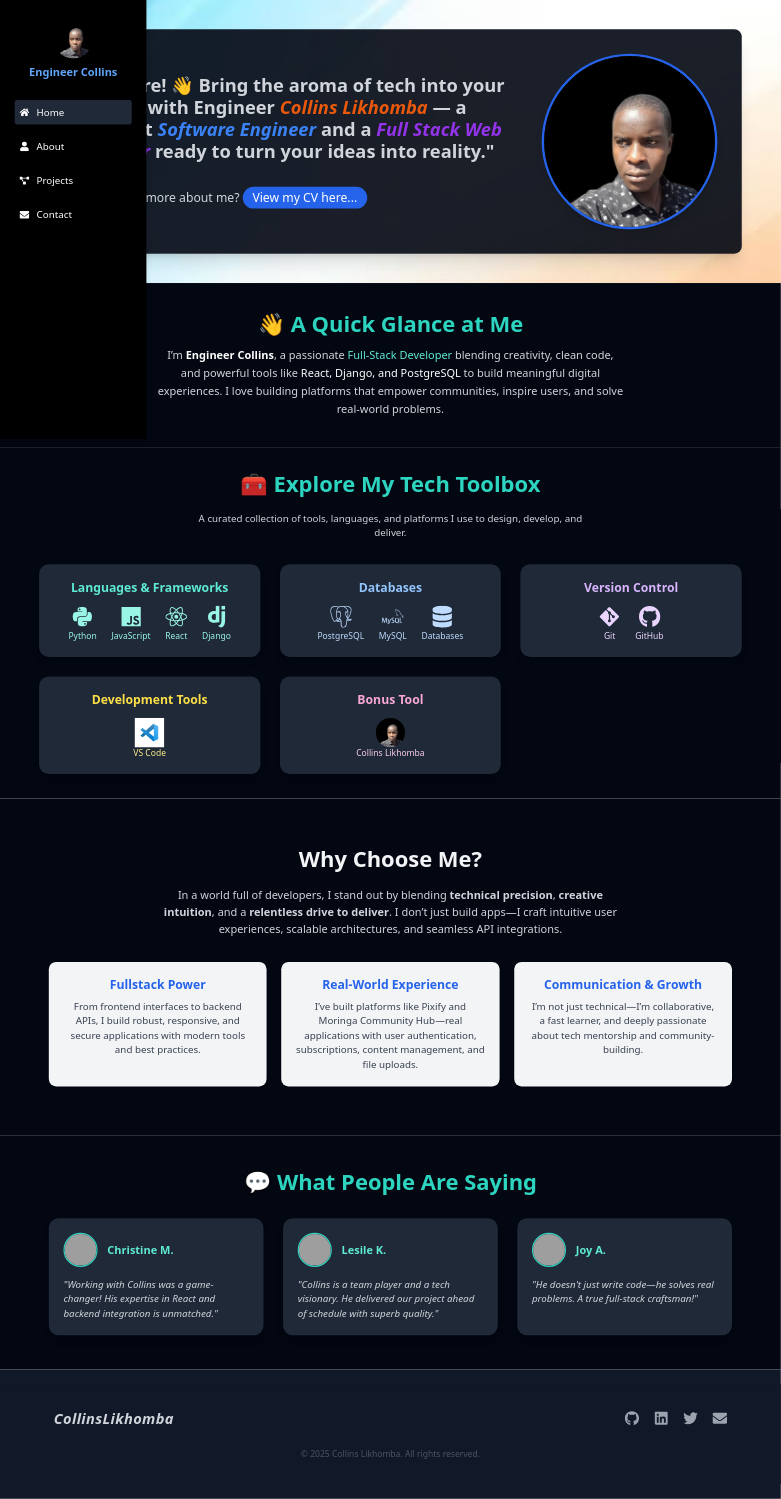
Repository: Engineer-collo/Portfolio
Page: /
These files come from the project's save history. The page is drawn as it stood at one moment and after the next save; the edit follows.
The browser window is 1280 px wide. The pictures show the whole page, at 61% of full size.
Pictures or frames that could not be fetched are drawn as grey boxes. The project was rebuilt for these pictures with package versions that can differ from the ones it lists, and the page was loaded fresh each time. Also part of the build but not shown: vite.config.js, src/pages/About.jsx, src/pages/Projects.jsx, src/pages/Contact.jsx, src/pages/Blog.jsx, src/pages/Skills.jsx.

Above is the page before, as saved 2025-06-10 22:08:23.

### index.html
<!DOCTYPE html>
<html lang="en">
<head>
  <meta charset="UTF-8">
  <meta name="viewport" content="width=device-width, initial-scale=1.0">
  <title>Portfolio</title>
</head>
<body class="bg-gray-100">
  <div id="root"></div>
  <script type="module" src="/src/main.jsx"></script>
</body>
</html>

### src/main.jsx
import React from 'react'
import ReactDOM from 'react-dom/client'
import './index.css'
import App from './App'

ReactDOM.createRoot(document.getElementById('root')).render(
  <React.StrictMode>
    <App />
  </React.StrictMode>,
)

### src/App.jsx
import { BrowserRouter as Router, Route, Routes } from "react-router-dom";
import HomePage from "./pages/HomePage";
import About from "./pages/About";
import Project from "./pages/Projects";
import Contact from "./pages/Contact";
import Blog from "./pages/Blog";
import Skills from "./pages/Skills";

function App() {
  return (
    <Router>

      <Routes>
        <Route path="/" element={<HomePage />} />
        <Route path="/about" element={<About />} />
        <Route path="/projects" element={<Project />} />
        <Route path="/contact" element={<Contact />} />
        <Route path="/skills" element={<Skills />} />
        <Route path="/blog" element={<Blog />} />


      </Routes>
    </Router>
  );
}

export default App;

### src/pages/HomePage.jsx
import React from 'react';
import Navbar from '../components/Navbar';
import Footer from './Footer';
import TechStackToolbox from './TechStackToolbox';
import Testimonials from './Testimonials';
import AboutMeSummary from './AboutMeSummary';

const HomePage = () => {
  return (
    <div className="text-gray-800 font-sans min-h-screen flex flex-col">
      {/* Navbar */}
      <header className="bg-gray-900 text-white shadow">
        <Navbar />
      </header>

      {/* Hero Section */}
      <section
        className="pt-12 pb-12 flex-grow flex justify-center items-center px-4
                   bg-[url('/bg.png')] bg-cover bg-center bg-no-repeat"
      >
        <div className="flex flex-col md:flex-row items-center
                        text-center md:text-left gap-10
                        bg-gray-950 bg-opacity-90 p-6 md:p-10 rounded-xl shadow-xl
                        max-w-6xl w-full">
          {/* Text Side */}
          <div className="flex-1">
            <h1 className="text-gray-300 font-bold text-3xl">
              "Hey there! 👋 Bring the aroma of tech into your business with Engineer{" "}
              <span>
                <i className="text-orange-600"><strong>Collins Likhomba</strong></i>
              </span>{" "}
              — a proficient               <span>
                <i className="text-blue-500"><strong>Software Engineer</strong></i>
              </span>{" "}
              and a
   {' '}               <span>
                <i className="text-purple-600"><strong>Full Stack Web Developer</strong></i>
              </span>{" "}
 ready to turn your ideas into reality."
            </h1>
            <p className="text-xl pt-6 text-gray-300">
              Want to know more about me?&nbsp;
              <a
                href="https://my-cv-henna-beta.vercel.app/"
                className="mt-4 inline-block bg-blue-600 text-white px-4 py-1 rounded-full hover:bg-blue-700 transition"
                target="_blank"
                rel="noopener noreferrer"
              >
                View my CV here...
              </a>
            </p>
          </div>

          {/* Image Side */}
          <div className="flex-shrink-0 w-52 h-52 sm:w-72 sm:h-72 rounded-full border-4 border-blue-600 shadow-lg overflow-hidden">
            <img
              src="/picture.png"
              alt="Profile"
              className="w-full h-full object-cover"
            />
          </div>
        </div>
      </section>

      <AboutMeSummary />
      <TechStackToolbox />

      {/* Why Choose Me Section */}
      <section className="bg-gray-950 py-20 px-6 md:px-20 text-center">
        <h2 className="text-4xl font-bold text-gray-100 mb-6">Why Choose Me?</h2>
        <p className="max-w-3xl mx-auto text-gray-300 text-lg mb-10">
          In a world full of developers, I stand out by blending{" "}
          <strong>technical precision</strong>, <strong>creative intuition</strong>, and a{" "}
          <strong>relentless drive to deliver</strong>. I don’t just build apps—I craft{" "}
          intuitive user experiences, scalable architectures, and seamless API integrations.
        </p>
        <div className="grid md:grid-cols-3 gap-6 max-w-6xl mx-auto">
          <div className="bg-gray-100 p-6 rounded-xl shadow hover:shadow-lg transition">
            <h3 className="text-xl font-semibold mb-2 text-blue-600">Fullstack Power</h3>
            <p className="text-gray-700">
              From frontend interfaces to backend APIs, I build robust, responsive, and secure applications
              with modern tools and best practices.
            </p>
          </div>
          <div className="bg-gray-100 p-6 rounded-xl shadow hover:shadow-lg transition">
            <h3 className="text-xl font-semibold mb-2 text-blue-600">Real-World Experience</h3>
            <p className="text-gray-700">
              I’ve built platforms like Pixify and Moringa Community Hub—real applications with user authentication,
              subscriptions, content management, and file uploads.
            </p>
          </div>
          <div className="bg-gray-100 p-6 rounded-xl shadow hover:shadow-lg transition">
            <h3 className="text-xl font-semibold mb-2 text-blue-600">Communication & Growth</h3>
            <p className="text-gray-700">
              I’m not just technical—I’m collaborative, a fast learner, and deeply passionate about tech mentorship
              and community-building.
            </p>
          </div>
        </div>
      </section>

      <Testimonials />

      {/* Footer */}
      <footer className="bg-gray-900 text-white text-center py-6 mt-auto">
        <Footer />
      </footer>
    </div>
  );
};

export default HomePage;

### src/components/Navbar.jsx
import React from 'react';
import { Link, useLocation } from 'react-router-dom';
import {
  FaHome,
  FaUser,
  FaProjectDiagram,
  FaEnvelope
} from 'react-icons/fa';

const Navbar = () => {
  const location = useLocation();

  return (
    <aside className="fixed top-0 left-0 h-screen w-60 bg-black text-white flex flex-col items-center py-8 space-y-8 shadow-lg z-50">
      {/* Profile */}
      <div className="flex flex-col items-center space-y-2">
        <img
          src="picture.png"
          alt="Profile"
          className="h-16 w-16 rounded-full object-cover transition-transform duration-300 transform hover:scale-110"
        />
        <h2 className="text-lg font-bold text-blue-400">Engineer Collins</h2>
      </div>

      {/* Navigation links */}
      <nav className="flex flex-col space-y-4 w-full px-6 text-base">
        <Link
          to="/"
          className={`flex items-center gap-3 p-2 rounded hover:bg-gray-800 transition ${
            location.pathname === '/' ? 'bg-gray-800' : ''
          }`}
        >
          <FaHome /> Home
        </Link>
        <Link
          to="/about"
          className={`flex items-center gap-3 p-2 rounded hover:bg-gray-800 transition ${
            location.pathname === '/about' ? 'bg-gray-800' : ''
          }`}
        >
          <FaUser /> About
        </Link>
        <Link
          to="/projects"
          className={`flex items-center gap-3 p-2 rounded hover:bg-gray-800 transition ${
            location.pathname === '/projects' ? 'bg-gray-800' : ''
          }`}
        >
          <FaProjectDiagram /> Projects
        </Link>
        <Link
          to="/contact"
          className={`flex items-center gap-3 p-2 rounded hover:bg-gray-800 transition ${
            location.pathname === '/contact' ? 'bg-gray-800' : ''
          }`}
        >
          <FaEnvelope /> Contact
        </Link>
      </nav>
    </aside>
  );
};

export default Navbar;

### src/pages/Footer.jsx
import React from 'react';
import { FaGithub, FaLinkedin, FaTwitter, FaEnvelope } from 'react-icons/fa';

const Footer = () => {
  return (
    <footer className="bg-gray-900 text-gray-300 py-10">
      <div className="max-w-6xl mx-auto px-6 flex flex-col md:flex-row justify-between items-center space-y-6 md:space-y-0">

        {/* Logo or Name */}
        <div className="text-gray text-2xl font-bold tracking-wide">
          <strong><i>CollinsLikhomba</i></strong>
        </div>


        {/* Social Icons */}
        <div className="flex space-x-6 text-gray-400">
          <a
            href="https://github.com/Engineer-collo?tab=repositories"
            target="_blank"
            rel="noopener noreferrer"
            aria-label="GitHub"
            className="hover:text-white transition"
          >
            <FaGithub size={24} />
          </a>
          <a
            href="https://www.linkedin.com/in/collins-likhomba-7b364730a/"
            target="_blank"
            rel="noopener noreferrer"
            aria-label="LinkedIn"
            className="hover:text-blue-600 transition"
          >
            <FaLinkedin size={24} />
          </a>
          <a
            href="https://x.com/CollinsLikhomba"
            target="_blank"
            rel="noopener noreferrer"
            aria-label="Twitter"
            className="hover:text-blue-400 transition"
          >
            <FaTwitter size={24} />
          </a>
          <a
            href="mailto:collinslikhomba@gmail.com"
            aria-label="Email"
            className="hover:text-red-500 transition"
            target='_blank'
          >
            <FaEnvelope size={24} />
          </a>
        </div>
      </div>

      {/* Bottom copyright */}
      <div className="text-center text-gray-600 text-sm mt-8">
        &copy; {new Date().getFullYear()} Collins Likhomba. All rights reserved.
      </div>
    </footer>
  );
};

export default Footer;

### src/pages/TechStackToolbox.jsx
import {
    FaPython,
    FaJs,
    FaReact,
    FaGitAlt,
    FaGithub,
    FaDatabase,
  } from "react-icons/fa";
  import {
    SiDjango,
    SiPostgresql,
    SiMysql,

  } from "react-icons/si";

  export default function TechStackToolbox() {
    return (
      <div className="bg-gray-950 text-white py-10 px-6 md:px-16">
        <h2 className="text-3xl md:text-4xl font-bold mb-6 text-center text-teal-400">
          🧰 Explore My Tech Toolbox
        </h2>
        <p className="text-center mb-10 text-gray-300 max-w-2xl mx-auto">
          A curated collection of tools, languages, and platforms I use to design,
          develop, and deliver.
        </p>

        <div className="grid grid-cols-1 md:grid-cols-2 lg:grid-cols-3 gap-8 text-center">

          {/* Languages & Frameworks */}
          <div className="bg-gray-800 rounded-2xl p-6 shadow-lg hover:shadow-teal-500/30 transition">
            <h3 className="text-xl font-semibold mb-4 text-teal-300">
              Languages & Frameworks
            </h3>
            <div className="flex justify-center gap-6 text-teal-200">
              <div className="flex flex-col items-center text-sm">
                <FaPython className="text-4xl mb-1" />
                <span>Python</span>
              </div>
              <div className="flex flex-col items-center text-sm">
                <FaJs className="text-4xl mb-1" />
                <span>JavaScript</span>
              </div>
              <div className="flex flex-col items-center text-sm">
                <FaReact className="text-4xl mb-1" />
                <span>React</span>
              </div>
              <div className="flex flex-col items-center text-sm">
                <SiDjango className="text-4xl mb-1" />
                <span>Django</span>
              </div>
            </div>
          </div>

          {/* Databases */}
          <div className="bg-gray-800 rounded-2xl p-6 shadow-lg hover:shadow-blue-500/30 transition">
            <h3 className="text-xl font-semibold mb-4 text-blue-300">Databases</h3>
            <div className="flex justify-center gap-6 text-blue-200">
              <div className="flex flex-col items-center text-sm">
                <SiPostgresql className="text-4xl mb-1" />
                <span>PostgreSQL</span>
              </div>
              <div className="flex flex-col items-center text-sm">
                <SiMysql className="text-4xl mb-1" />
                <span>MySQL</span>
              </div>
              <div className="flex flex-col items-center text-sm">
                <FaDatabase className="text-4xl mb-1" />
                <span>Databases</span>
              </div>
            </div>
          </div>

          {/* Version Control */}
          <div className="bg-gray-800 rounded-2xl p-6 shadow-lg hover:shadow-purple-500/30 transition">
            <h3 className="text-xl font-semibold mb-4 text-purple-300">
              Version Control
            </h3>
            <div className="flex justify-center gap-6 text-purple-200">
              <div className="flex flex-col items-center text-sm">
                <FaGitAlt className="text-4xl mb-1" />
                <span>Git</span>
              </div>
              <div className="flex flex-col items-center text-sm">
                <FaGithub className="text-4xl mb-1" />
                <span>GitHub</span>
              </div>
            </div>
          </div>

          {/* Development Tools */}
          <div className="bg-gray-800 rounded-2xl p-6 shadow-lg hover:shadow-yellow-500/30 transition">
            <h3 className="text-xl font-semibold mb-4 text-yellow-300">
              Development Tools
            </h3>
            <div className="flex justify-center gap-6 text-yellow-200">
              <div className="flex flex-col items-center text-sm">
                <img className="h-12" src="/vscode.png" alt="Vscode icon" />
                <span>VS Code</span>
              </div>
            </div>
          </div>

          {/* Bonus Tool */}
          <div className="bg-gray-800 rounded-2xl p-6 shadow-lg hover:shadow-pink-500/30 transition">
            <h3 className="text-xl font-semibold mb-4 text-pink-300">Bonus Tool</h3>
            <div className="flex justify-center gap-6 text-pink-200">
              <div className="flex flex-col items-center text-sm">
                <img
                  className="h-12 w-12 rounded-full object-cover"
                  src="picture.png"
                  alt="Profile"
                />
                <span>Collins Likhomba</span>
              </div>
            </div>
          </div>

        </div>
      </div>
    );
  }

### src/pages/Testimonials.jsx
export default function Testimonials() {
    const testimonials = [
      {
        name: "Christine M.",
        content: "Working with Collins was a game-changer! His expertise in React and backend integration is unmatched.",
        profile_pic: "https://randomuser.me/api/portraits/women/68.jpg",
      },
      {
        name: "Lesile K.",
        content: "Collins is a team player and a tech visionary. He delivered our project ahead of schedule with superb quality.",
        profile_pic: "https://randomuser.me/api/portraits/men/45.jpg",
      },
      {
        name: "Joy A.",
        content: "He doesn't just write code—he solves real problems. A true full-stack craftsman!",
        profile_pic: "https://randomuser.me/api/portraits/women/22.jpg",
      },
    ];

    return (
      <div className="bg-gray-950 text-white py-14 px-6 md:px-20">
        <h2 className="text-3xl md:text-4xl font-bold mb-10 text-center text-teal-400">
          💬 What People Are Saying
        </h2>

        <div className="grid grid-cols-1 md:grid-cols-2 lg:grid-cols-3 gap-8">
          {testimonials.map((testimonial, index) => (
            <div
              key={index}
              className="bg-gray-800 p-6 rounded-2xl shadow-lg hover:shadow-teal-500/30 transition transform hover:-translate-y-1 duration-300"
            >
              <div className="flex items-center gap-4 mb-4">
                <img
                  src={testimonial.profile_pic}
                  alt={testimonial.name}
                  className="w-14 h-14 rounded-full border-2 border-teal-400 object-cover"
                />
                <div>
                  <h4 className="text-lg font-semibold text-teal-300">{testimonial.name}</h4>
                </div>
              </div>
              <p className="text-gray-300 italic">"{testimonial.content}"</p>
            </div>
          ))}
        </div>
      </div>
    );
  }

### src/pages/AboutMeSummary.jsx
import React from 'react';

export default function AboutMeSummary() {
  return (
    <section className="bg-gray-950 text-white py-12 px-6 md:px-20 text-center">
      <div className="max-w-3xl mx-auto">
        <h2 className="text-3xl md:text-4xl font-bold text-teal-400 mb-4">
          👋 A Quick Glance at Me
        </h2>
        <p className="text-gray-300 text-lg leading-relaxed">
          I’m <span className="text-white font-semibold">Engineer Collins</span>, a passionate
          <span className="text-teal-300 font-medium"> Full-Stack Developer</span> blending creativity,
          clean code, and powerful tools like
          <span className="text-white font-medium"> React, Django, and PostgreSQL</span> to build
          meaningful digital experiences. I love building platforms that empower communities, inspire users,
          and solve real-world problems.
        </p>
      </div>
    </section>
  );
}

Loaded but not shown: src/index.css (common file); tailwind.config.js (common file)

After the next save:
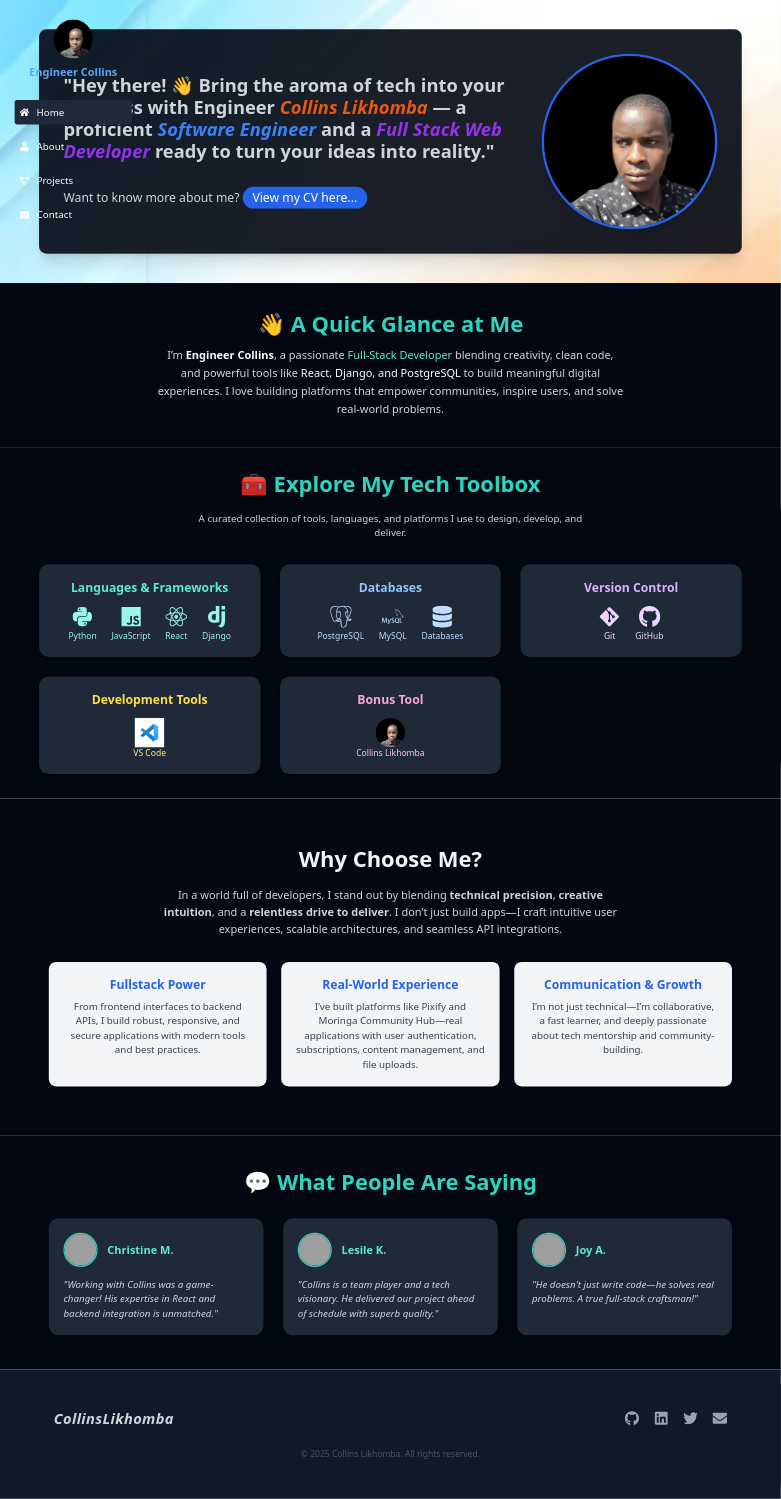
Saved 18 s later.
--- a/src/components/Navbar.jsx
+++ b/src/components/Navbar.jsx
@@ -11,7 +11,7 @@ const Navbar = () => {
   const location = useLocation();
 
   return (
-    <aside className="fixed top-0 left-0 h-screen w-60 bg-black text-white flex flex-col items-center py-8 space-y-8 shadow-lg z-50">
+    <aside className="fixed top-0 left-0 h-screen w-60 bg- text-white flex flex-col items-center py-8 space-y-8 shadow-lg z-50">
       {/* Profile */}
       <div className="flex flex-col items-center space-y-2">
         <img
